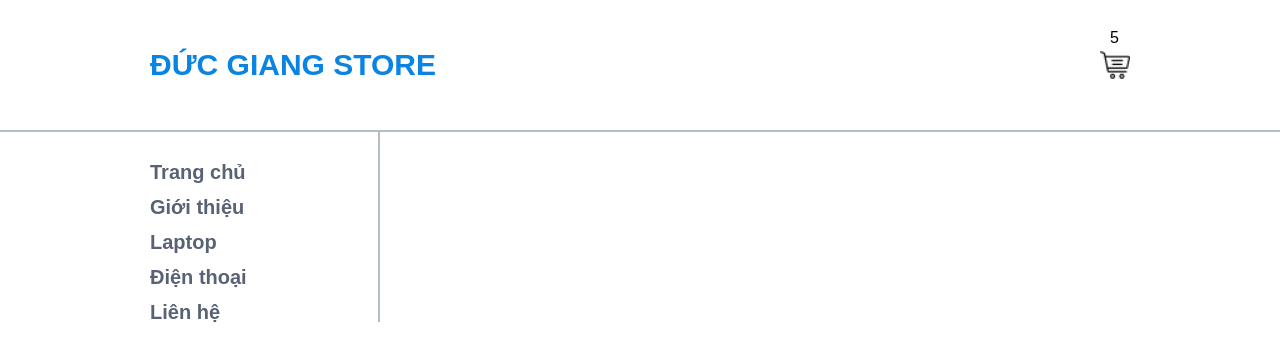
Repository: Giangattt123/PHP
Page: http://localhost/?mod=page&act=detail&id=1
An editor plug-in stored every save of this project. The page is shown before and after the next save, followed by the edit.
The browser window is 1280 px wide. The pictures show the whole page.
Some web libraries are served in a nearby version. The page is run by PHP 8.4 with error messages shown; the project is at /var/www/html/.

Above is the page before, as saved 2023-03-18 20:08:34.

After the next save:
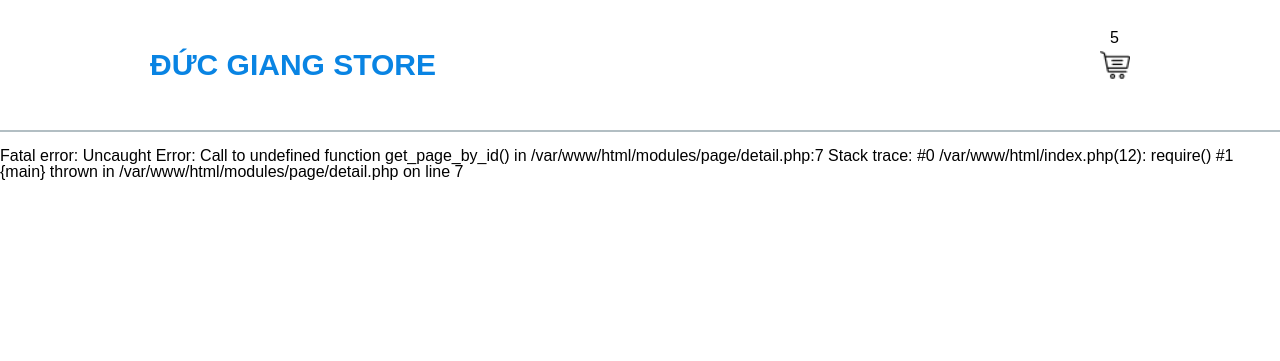
Saved 48 s later.
--- a/PHP_Shopping-Cart/Shopping_Cart/modules/page/detail.php
+++ b/PHP_Shopping-Cart/Shopping_Cart/modules/page/detail.php
@@ -2,7 +2,9 @@
 
 ?>
 <?php
-
+    // get id from url
+    $id = (int)$_GET['id'];
+    $item = get_page_by_id($id);
 ?>
 <div class="content">
     <div class="content-container">
